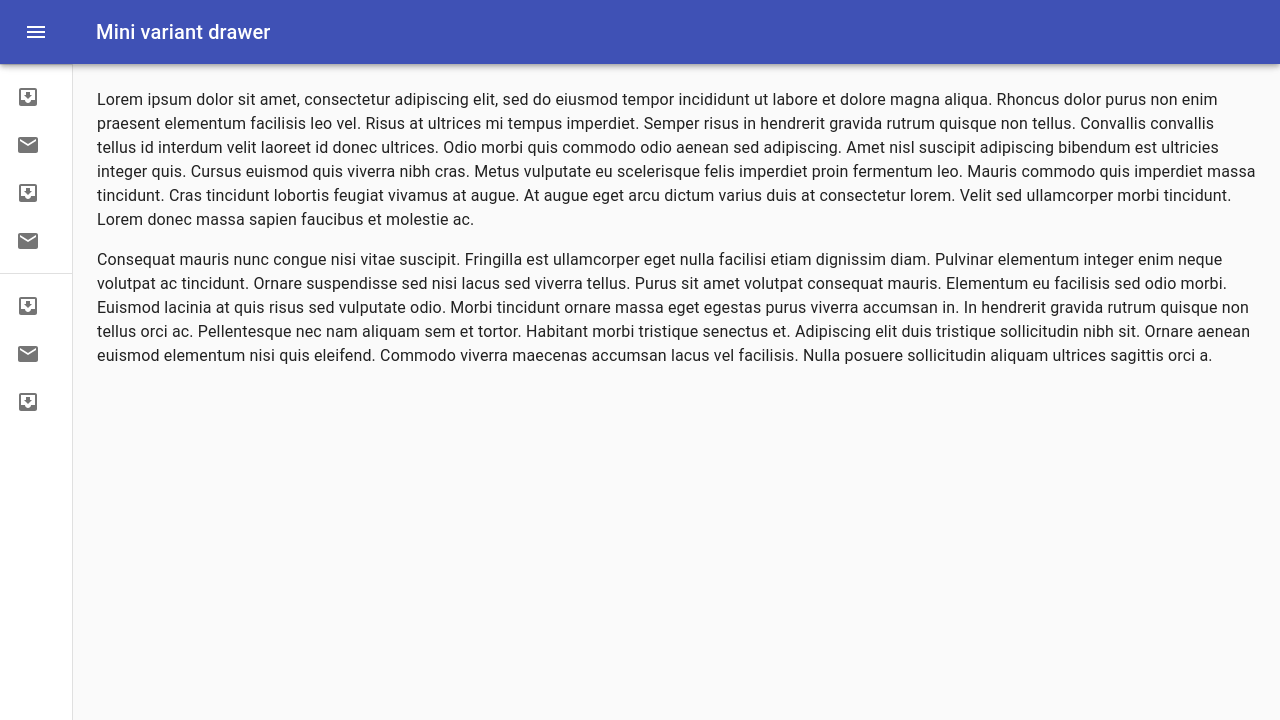
Repository: pgruca96/HappitsChanger
Page: /main
These files come from the project's save history. The page is drawn as it stood at one moment and after the next save; the edit follows.
The browser window is 1280 px wide. The pictures show the whole page.
The project was rebuilt for these pictures with package versions that can differ from the ones it lists, and the page was loaded fresh each time. Also part of the build but not shown: src/styles/LoginPage.js, src/styles/Form.js, src/styles/h2.js, src/components/form/index.js, src/containers/loginPage/index.js.

Above is the page before, as saved 2020-11-01 20:28:40.

After the next save:
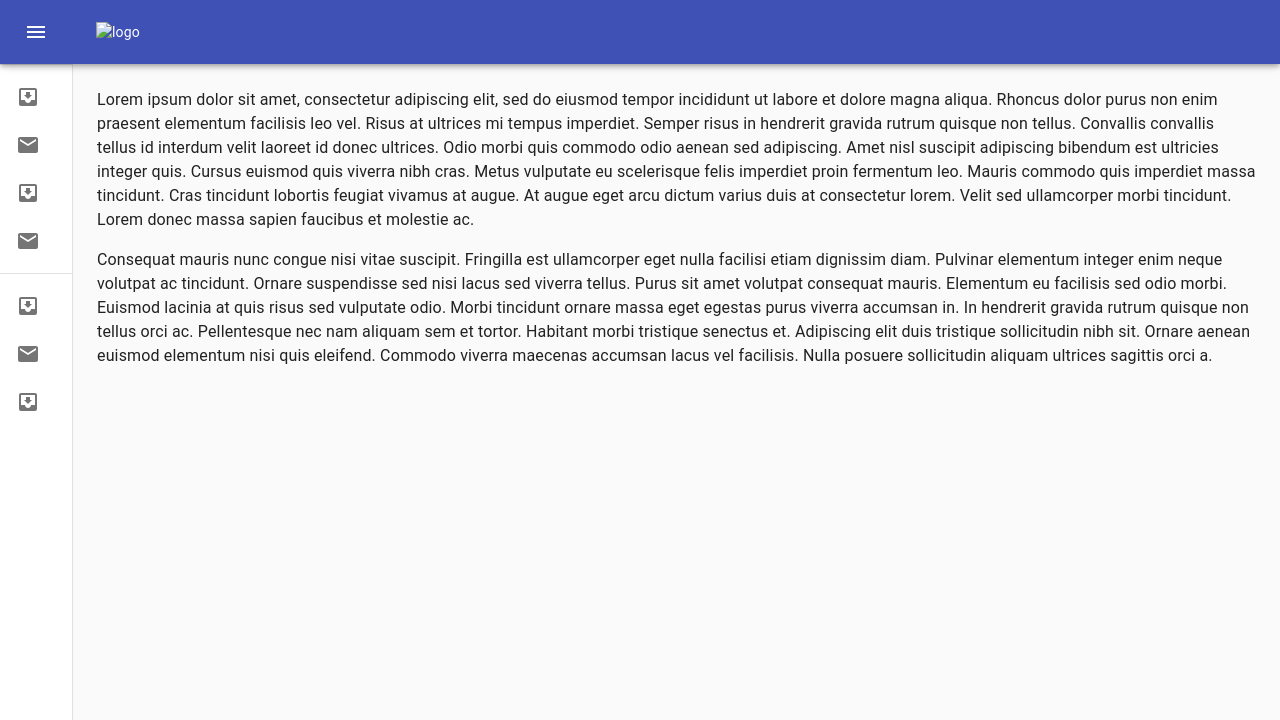
Not found: assets/punctuality.png
Saved 85 s later.
--- a/src/containers/mainPage/index.js
+++ b/src/containers/mainPage/index.js
@@ -18,6 +18,7 @@
 import InboxIcon from "@material-ui/icons/MoveToInbox";
 import MailIcon from "@material-ui/icons/Mail";
 import { primaryTheme } from "../../styles/colors";
+import Logo from "../../components/logo";
 
 const drawerWidth = 240;
 
@@ -117,9 +118,7 @@
           >
             <MenuIcon />
           </IconButton>
-          <Typography variant="h6" noWrap>
-            Mini variant drawer
-          </Typography>
+          <Logo />
         </Toolbar>
       </AppBar>
       <Drawer
